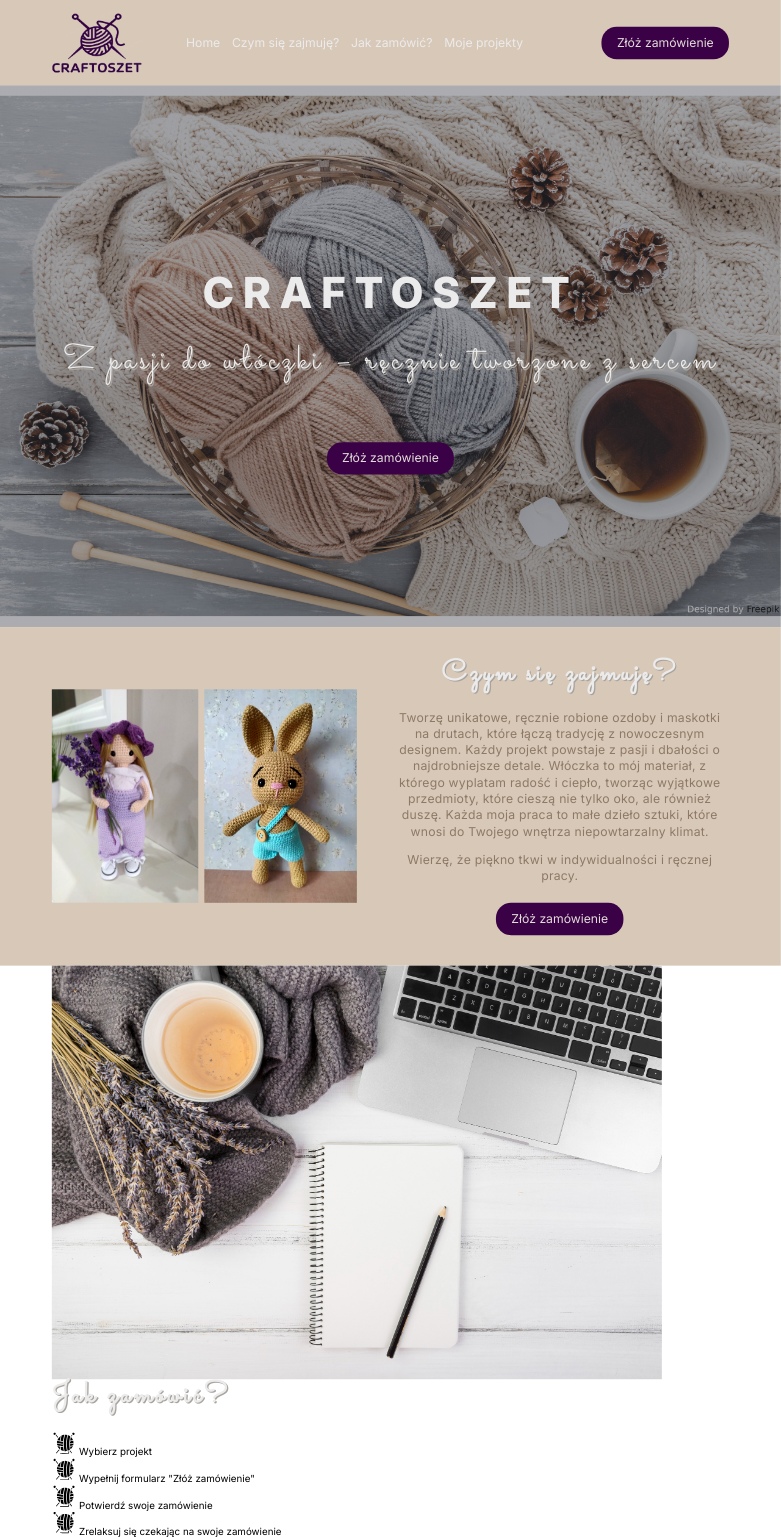
Repository: KlaudiaK0205/Craftoszet
Page: index.html
These files come from the project's save history. The page is drawn as it stood at one moment and after the next save; the edit follows.
The browser window is 1280 px wide. The pictures show the whole page, at 61% of full size.
Some web libraries are served in a nearby version. The style sheet was rebuilt from its Sass, Less or Tailwind sources for each picture, by a compiler version that may differ from the author's.

Above is the page before, as saved 2024-10-06 13:40:27.

After the next save:
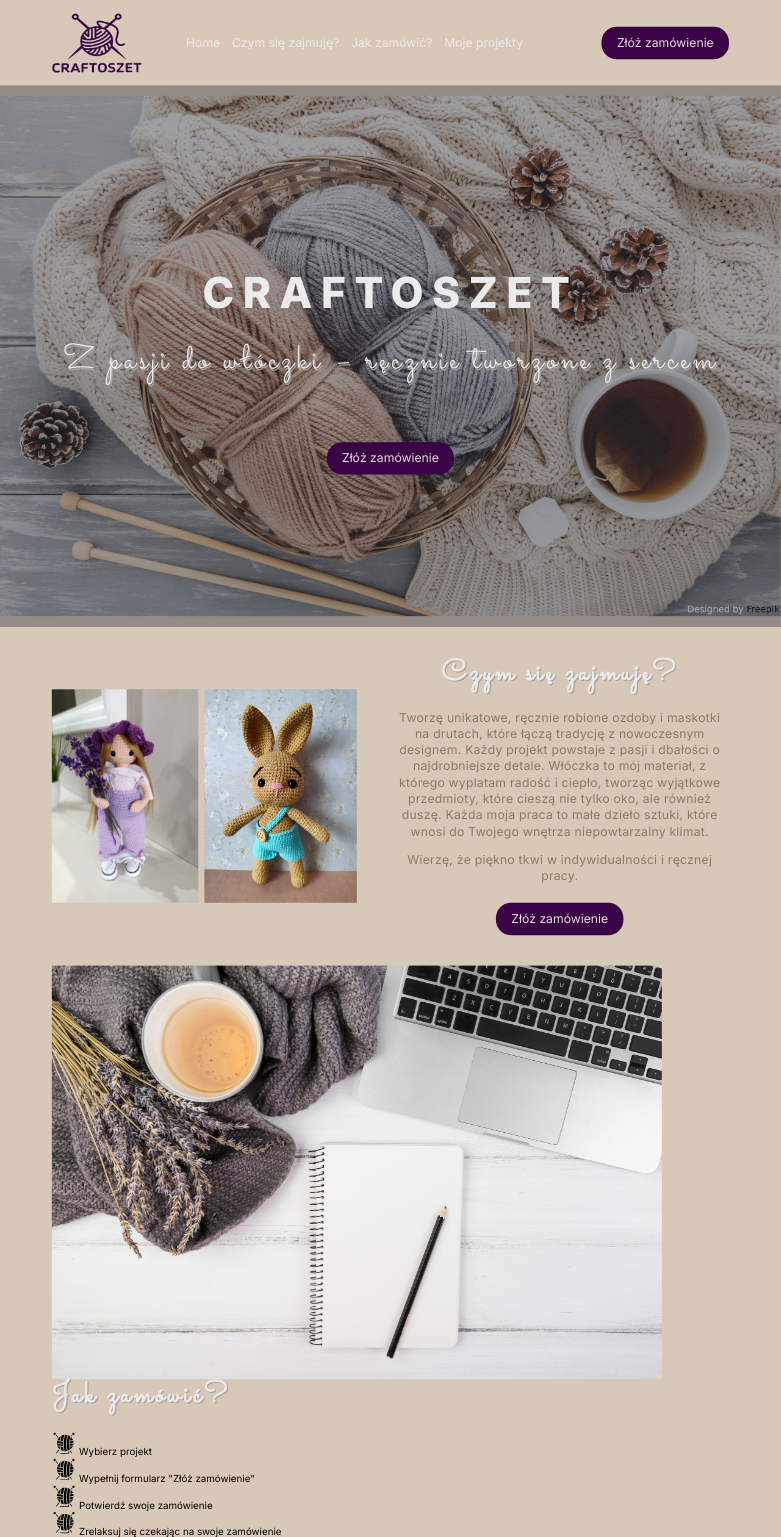
Saved 5 s later.
--- a/sass/base/_common.scss
+++ b/sass/base/_common.scss
@@ -1,6 +1,6 @@
 body {
     font-family: var(--main-font);
-    background-color: var(bg);
+    background-color: var(--bgColor);
     // font-weight: 500;
     margin: 0;
     padding: 0;
